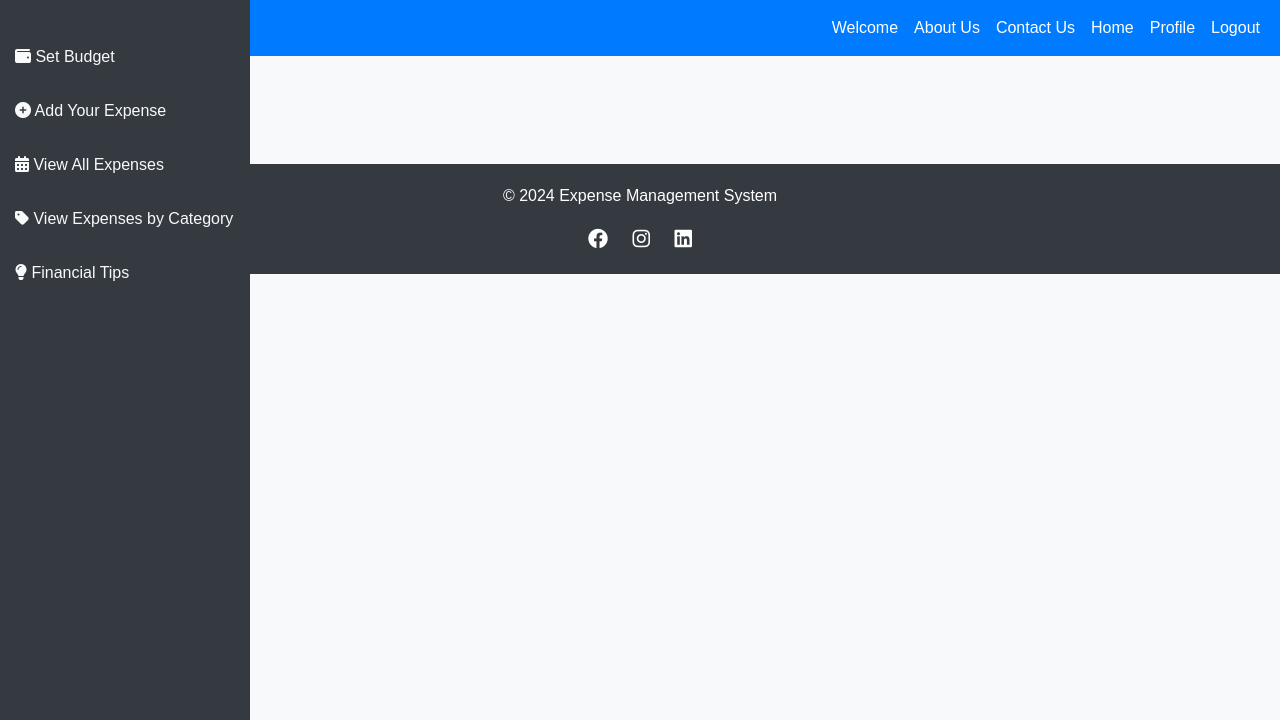
Repository: omlokhande1212/Expense-management
Page: expense/Demo/src/main/webapp/userdashboard.html
These files come from the project's save history. The page is drawn as it stood at one moment and after the next save; the edit follows.
The browser window is 1280 px wide. The pictures show the whole page.

Above is the page before, as saved 2024-11-24 05:54:16.

After the next save:
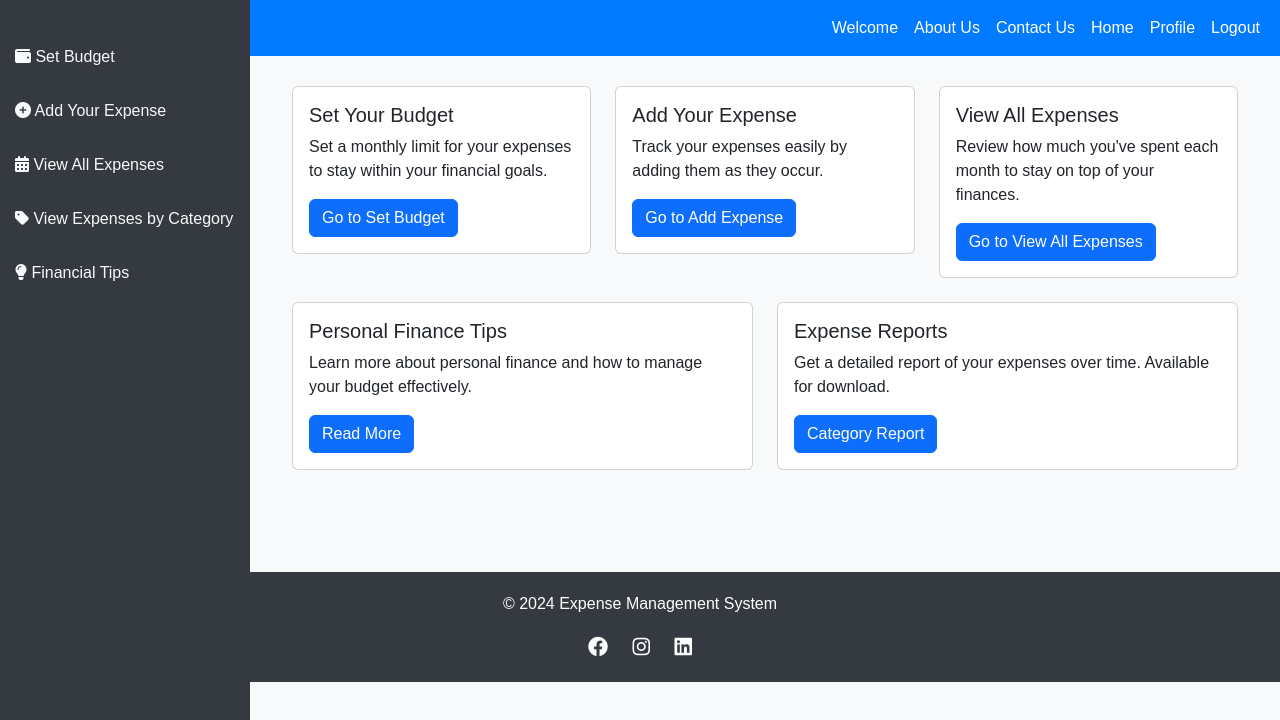
Saved 37 s later.
--- a/expense/Demo/src/main/webapp/userdashboard.html
+++ b/expense/Demo/src/main/webapp/userdashboard.html
@@ -160,9 +160,60 @@
   </aside>
 
   <!-- Main Content Section -->
-  <div class="content-wrapper">
+ <div class="content-wrapper">
     <div class="container-fluid main-content">
-      <!-- Main content remains unchanged -->
+      <!-- Info Cards -->
+      <div class="row">
+        <div class="col-md-6 col-lg-4 mb-4">
+          <div class="card">
+            <div class="card-body">
+              <h5 class="card-title">Set Your Budget</h5>
+              <p>Set a monthly limit for your expenses to stay within your financial goals.</p>
+              <a href="setBudget.jsp" class="btn btn-primary">Go to Set Budget</a>
+            </div>
+          </div>
+        </div>
+        <div class="col-md-6 col-lg-4 mb-4">
+          <div class="card">
+            <div class="card-body">
+              <h5 class="card-title">Add Your Expense</h5>
+              <p>Track your expenses easily by adding them as they occur.</p>
+              <a href="addExpense.jsp" class="btn btn-primary">Go to Add Expense</a>
+            </div>
+          </div>
+        </div>
+        <div class="col-md-6 col-lg-4 mb-4">
+          <div class="card">
+            <div class="card-body">
+              <h5 class="card-title">View All Expenses</h5>
+              <p>Review how much you've spent each month to stay on top of your finances.</p>
+              <a href="ViewExpenses.jsp" class="btn btn-primary">Go to View All Expenses</a>
+            </div>
+          </div>
+        </div>
+      </div>
+
+      <!-- Additional Info Section -->
+      <div class="row">
+        <div class="col-md-6 mb-4">
+          <div class="card">
+            <div class="card-body">
+              <h5 class="card-title">Personal Finance Tips</h5>
+              <p>Learn more about personal finance and how to manage your budget effectively.</p>
+              <a href="finincialtips.html" class="btn btn-primary">Read More</a>
+            </div>
+          </div>
+        </div>
+        <div class="col-md-6 mb-4">
+          <div class="card">
+            <div class="card-body">
+              <h5 class="card-title">Expense Reports</h5>
+              <p>Get a detailed report of your expenses over time. Available for download.</p>
+              <a href="report.jsp" class="btn btn-primary">Category Report</a>
+            </div>
+          </div>
+        </div>
+      </div>
     </div>
   </div>
 
